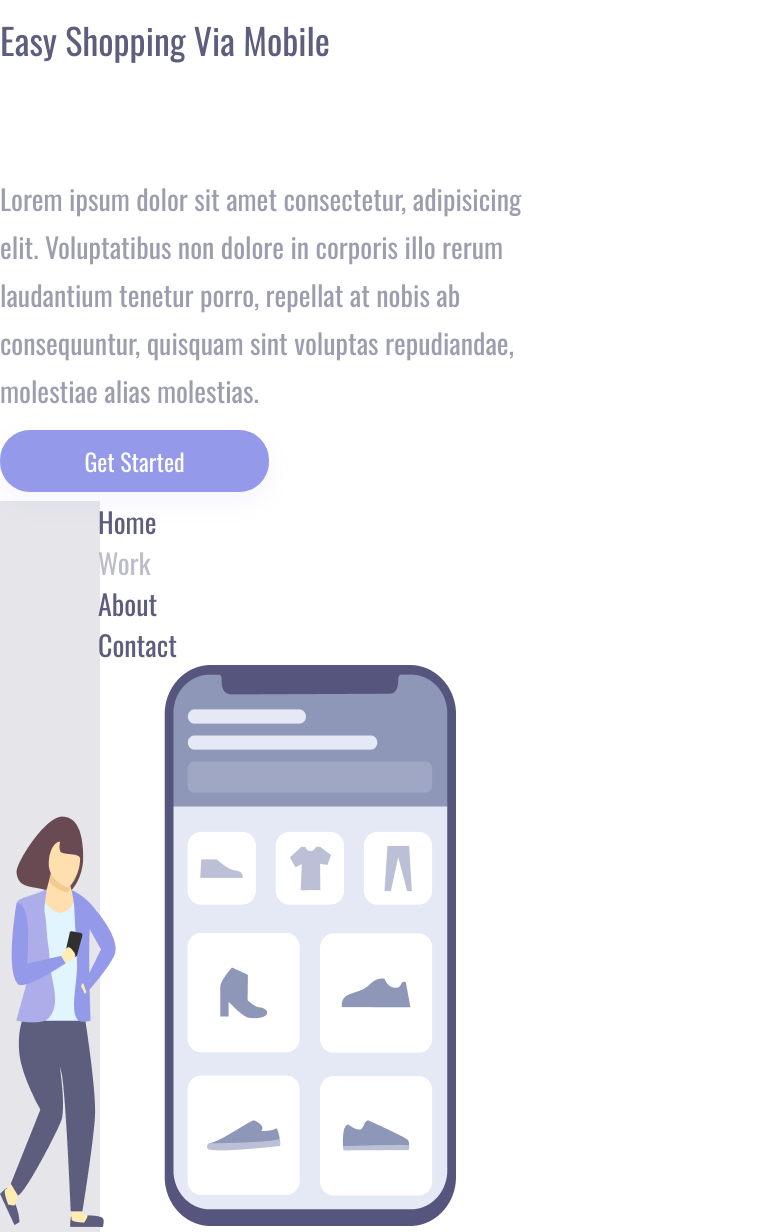
Repository: DihOliver/Projeto-Responsivo
Page: index.html
These files come from the project's save history. The page is drawn as it stood at one moment and after the next save; the edit follows.
The browser window is 768 px wide. The pictures show the whole page.
Some web fonts or font styles are not loaded; a fallback is used.

Above is the page before, as saved 2023-06-14 18:32:48.

After the next save:
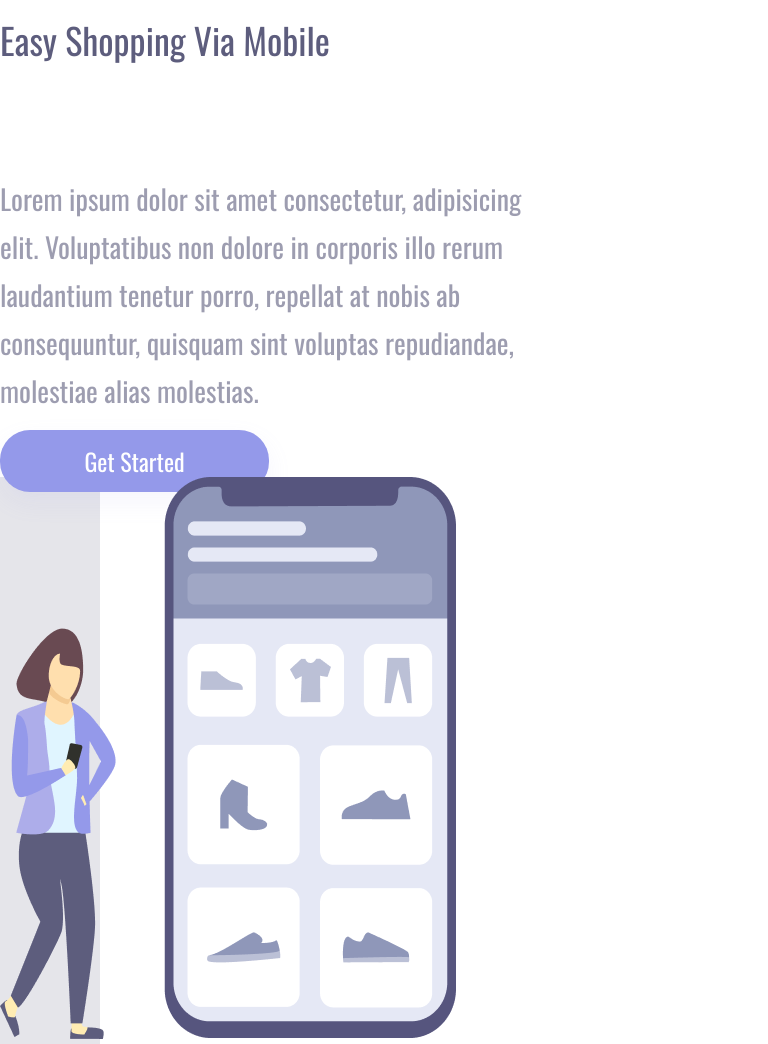
Saved 33 s later.
--- a/styles.css
+++ b/styles.css
@@ -127,9 +127,10 @@ button {
             position: static;
         }
 
-        reader {
+        header {
             display: none;
         }
+
         h1 {
             font-size:36px;
         }
